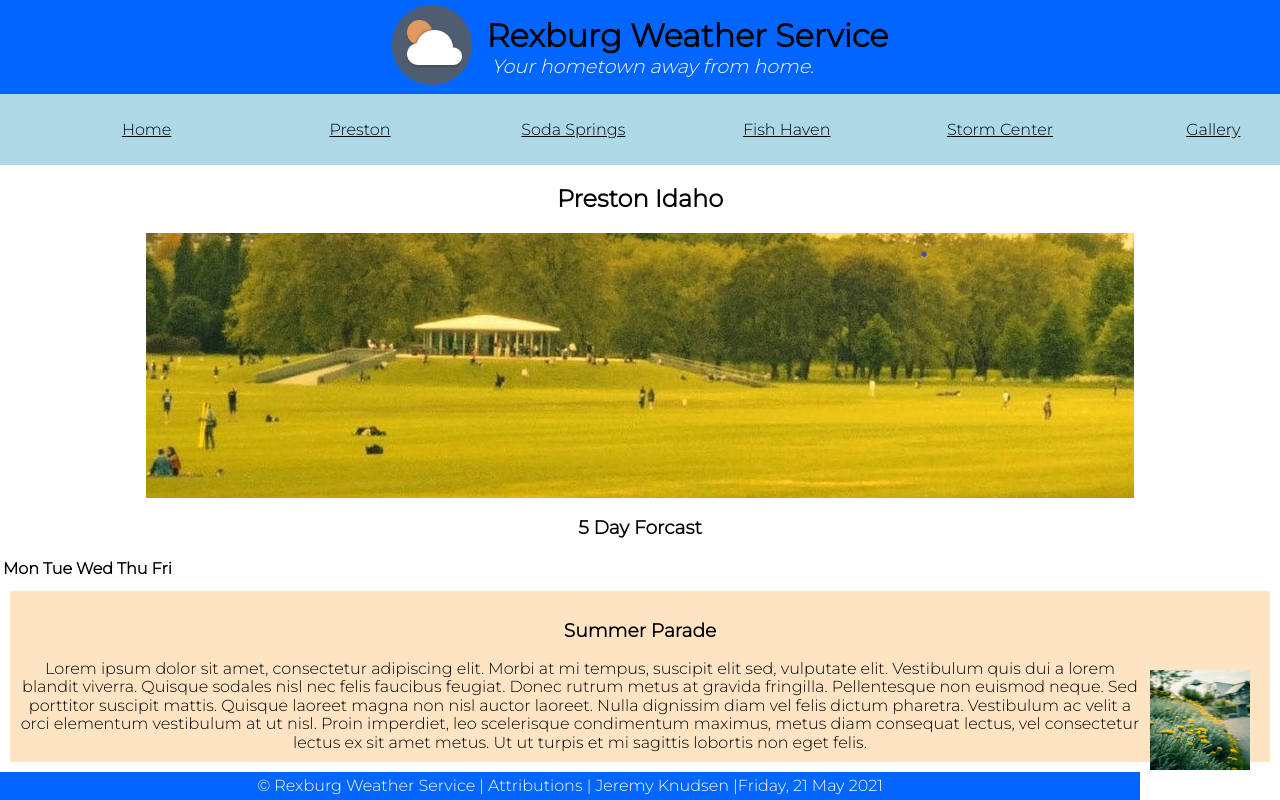
Repository: jknudsen97/jknudsen97.github.io
Page: lesson05/preston-5.html
An editor plug-in stored every save of this project. The page is shown before and after the next save, followed by the edit.
The browser window is 1280 px wide. The pictures show the whole page.

Above is the page before, as saved 2021-05-22 02:33:33.

After the next save:
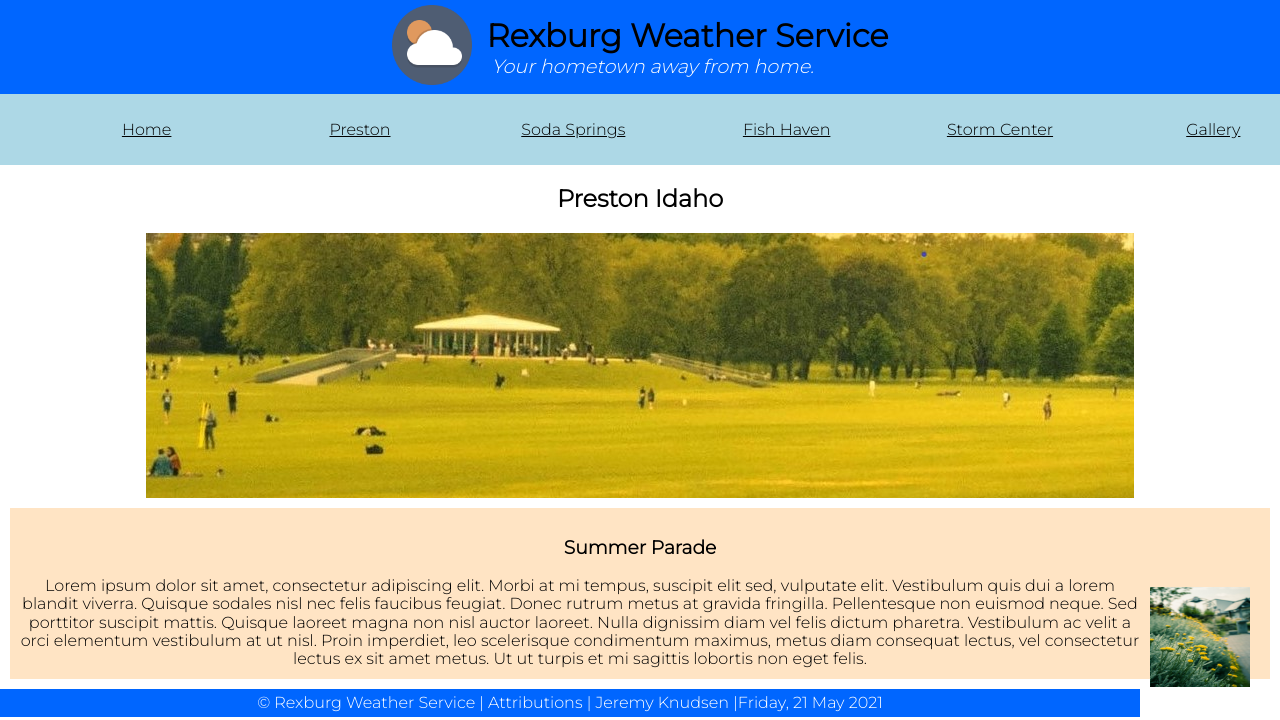
Saved 26 s later.
--- a/lesson05/css/main.css
+++ b/lesson05/css/main.css
@@ -169,8 +169,11 @@ footer {
 .background{
     justify-content: center;
     display: block;
-
     background-color: bisque;
     padding: 10px;
     margin: 10px;
 }
+
+.weather{
+    display: none;
+}

After the save that followed:
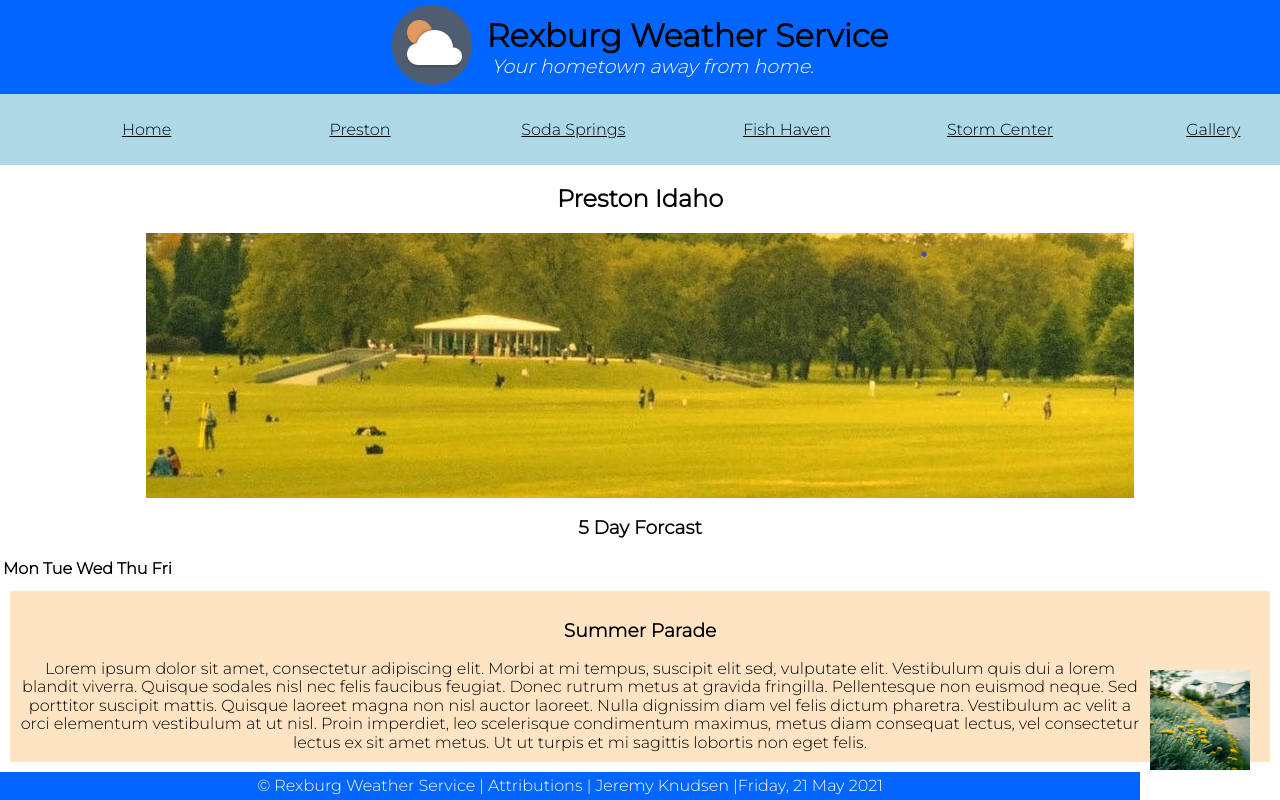
Saved 20 s later.
--- a/lesson05/css/medium.css
+++ b/lesson05/css/medium.css
@@ -25,4 +25,8 @@
     .stock1{
         height: 10%;
     }
+
+    .weather{
+        display: block;
+    }
 }
